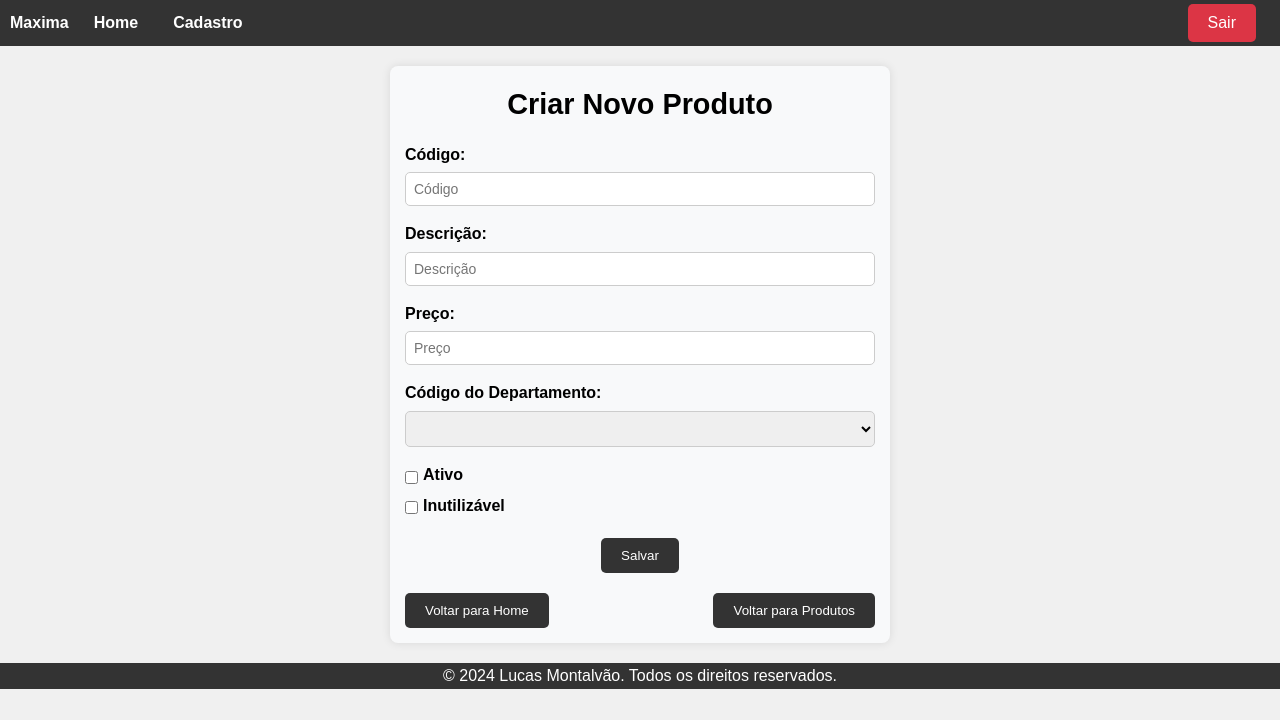
Repository: LucasMontalvao1/ProjetoMaxima
Page: /produto/criar (app in AngularMaxima/)
These files come from the project's save history. The page is drawn as it stood at one moment and after the next save; the edit follows.
The browser window is 1280 px wide. The pictures show the whole page.
The page's requests for data from a server got no answer. The project was rebuilt for these pictures with package versions that can differ from the ones it lists, and the page was loaded fresh each time. No one was signed in, and anything a server would have sent is missing. Also part of the build but not shown: AngularMaxima/angular.json, AngularMaxima/src/app/pages/login/login.component.ts, AngularMaxima/src/app/pages/home/home.component.ts, AngularMaxima/src/app/pages/produto/produto.component.ts, AngularMaxima/src/app/pages/departamento/departamento.component.ts.

Above is the page before, as saved 2024-07-14 22:15:25.

After the next save:
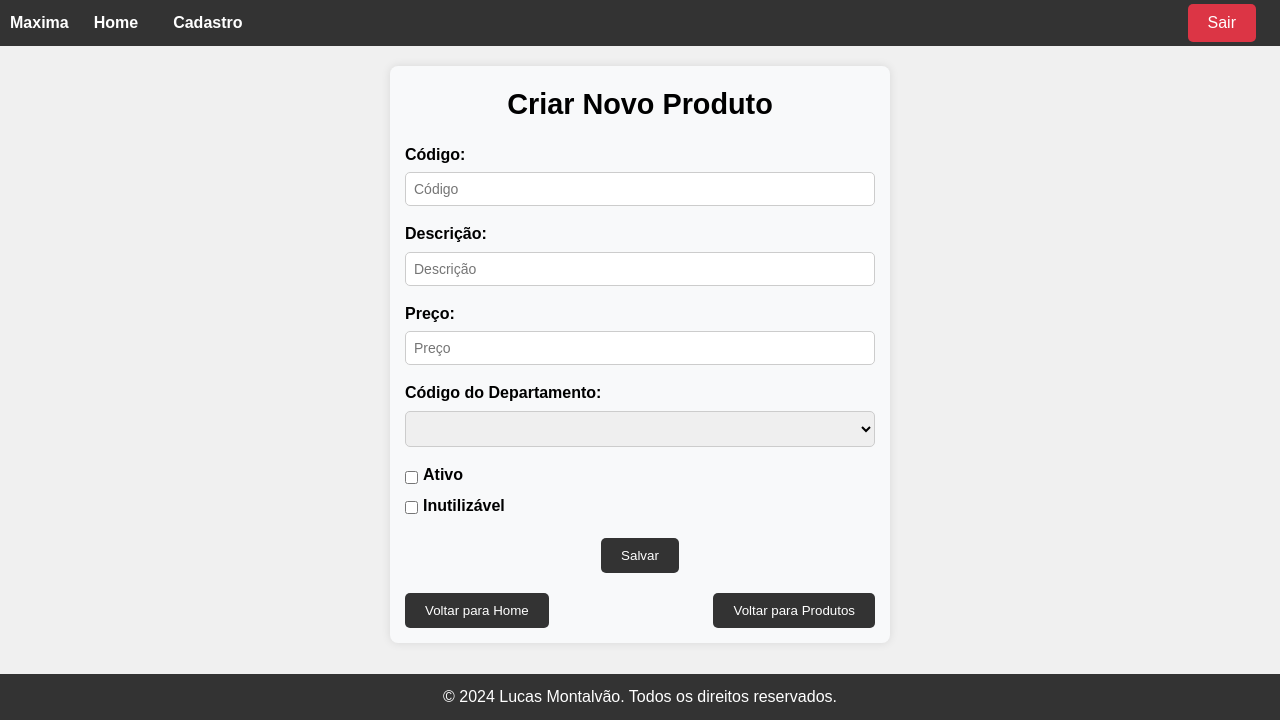
Saved 46 s later.
--- a/AngularMaxima/src/app/layout/footer/footer.component.css
+++ b/AngularMaxima/src/app/layout/footer/footer.component.css
@@ -2,4 +2,9 @@
   background-color: #333;
   color: white;
   text-align: center;
+  position: fixed;
+  bottom: 0;
+  left: 0;
+  width: 100%;
+  padding: 10px 0; /* Ajuste o padding conforme necessário */
 }
